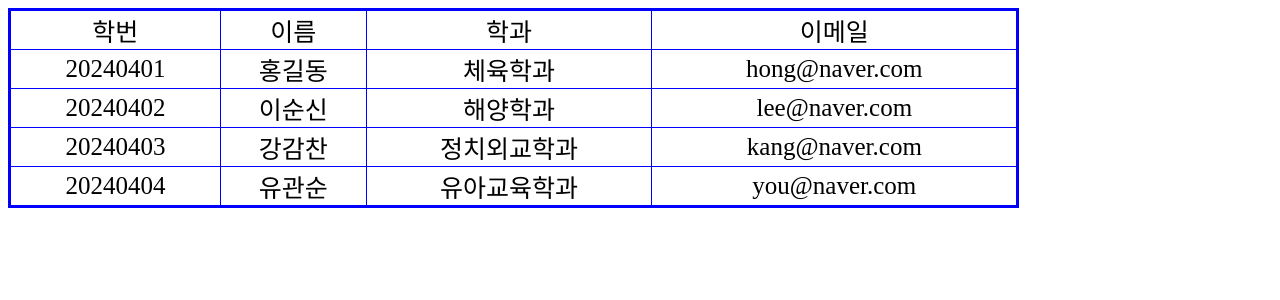
Repository: bbseok97/HTML
Page: HTML/src/main/webapp/table_css.html
An editor plug-in stored every save of this project. The page is shown before and after the next save, followed by the edit.
The browser window is 1280 px wide. The pictures show the whole page.

Above is the page before, as saved 2024-04-04 06:04:45.

### HTML/src/main/webapp/table_css.html
<!DOCTYPE html>
<html>
	<!-- 태그에 CSS 적용방법 3가지
		1. 태그에 직접 지정하는 방법 : style 속성	=> 지정된 태그에만 적용
		2. head에 지정하는 방법 : <style> 태그 사용	=> 그 웹 페이지에만 적용
		3. 외부 CSS파일을 지정하는 방법 : link 태그로 외부 CSS 파일을 지정		=> 연결한 모든 페이지 적용
	-->
	<head>
		<meta charset="UTF-8">
		<title>id/class 선택자로 표꾸미기</title>
		<style type="text/css">
			table {							/* 태그 선택자 사용 */
				border-collapse: collapse;	/* 중복 테두리 제거 collapse */
				border: 3px solid blue;		/* border(태그 외곽) 처리 : 두께, 선 타입, 색상 */
				width: 80%;					/* 폭 설정 */
				text-align: center;			/* 글자 정렬 */
			}
			tr{
				height: 28px;				/* 높이 설정*/
				font-size: 25px;			/* 글 사이즈 설정*/
			}
			th{
				height: 30px;
				font-weight: 100;		/* 글자 두꼐 */
			}
		</style>

	</head>
	<body>
		<table border="1" id="tab">
		 	<tr>	<!-- 1행 -표 헤더, 항목(제목) -->
				<th id="id">학번</th>	<!-- th 제목열 -->
				<th id="name">이름</th>
				<th id="major">학과</th>
				<th id="email">이메일</th>
		 	</tr>
			<tr>	<!-- 2행 -->
				<td>20240401</td>
				<td>홍길동</td>
				<td>체육학과</td>
				<td>hong@naver.com</td>
		 	</tr>
		 	<tr>	<!-- 3행 -->
		 		<td>20240402</td>
				<td>이순신</td>
				<td>해양학과</td>
				<td>lee@naver.com</td>
		 	</tr>
		 	<tr>	<!-- 4행 -->
		 		<td>20240403</td>
				<td>강감찬</td>
				<td>정치외교학과</td>
				<td>kang@naver.com</td>
		 	</tr>
		 	<tr>	<!-- 5행 -->
		 		<td>20240404</td>
				<td>유관순</td>
				<td>유아교육학과</td>
				<td>you@naver.com</td>
		 	</tr>

		</table>
	</body>
</html>

After the next save:
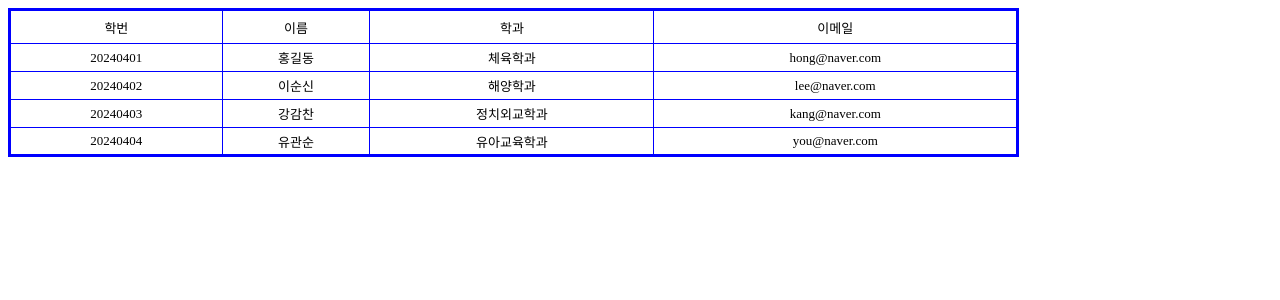
Saved 7 s later.
--- a/HTML/src/main/webapp/table_css.html
+++ b/HTML/src/main/webapp/table_css.html
@@ -17,7 +17,7 @@
 			}
 			tr{
 				height: 28px;				/* 높이 설정*/
-				font-size: 25px;			/* 글 사이즈 설정*/
+				font-size: 13px;			/* 글 사이즈 설정*/
 			}
 			th{
 				height: 30px;
